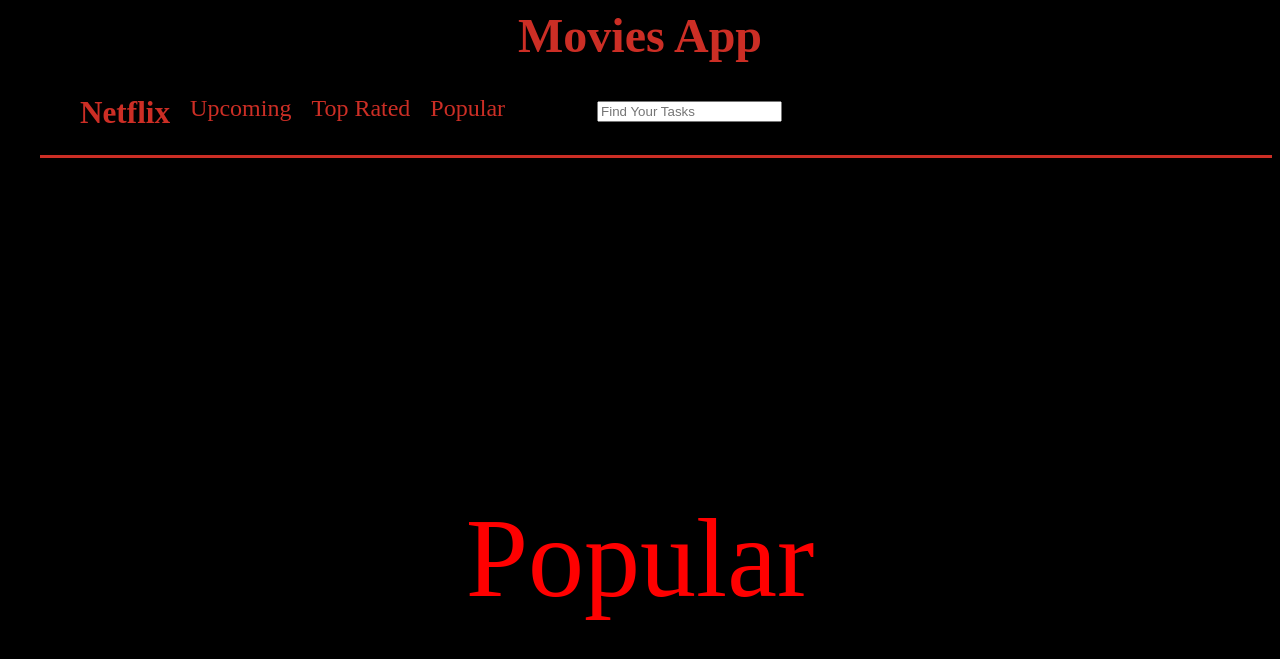
Repository: runner855/movie-app
Page: /popular
These files come from the project's save history. The page is drawn as it stood at one moment and after the next save; the edit follows.
The browser window is 1280 px wide. The pictures show the whole page.
The project was rebuilt for these pictures with package versions that can differ from the ones it lists, and the page was loaded fresh each time. Also part of the build but not shown: src/styles/TopRated.css, src/components/TopRated.tsx, src/styles/Upcoming.css, src/components/Upcoming.tsx.

Above is the page before, as saved 2022-11-16 17:28:30.

### src/index.tsx
import React from "react";
import ReactDOM from "react-dom/client";
import { BrowserRouter } from "react-router-dom";
import "./styles/index.css";
import { App } from "./components/App";

const root = ReactDOM.createRoot(
  document.getElementById("root") as HTMLElement
);
root.render(
  <React.StrictMode>
    <BrowserRouter>
      <App />
    </BrowserRouter>
  </React.StrictMode>
);

### src/styles/index.css
body {
  background-color: #000000;
}

code {
  font-family: source-code-pro, Menlo, Monaco, Consolas, "Courier New",
    monospace;
}

### src/components/App.tsx
import React from "react";
import "../styles/App.css";
import { BrowserRouter as Router, Routes, Route, Link } from "react-router-dom";

import { NavBar } from "../components/NavBar";
import { TopRated } from "../components/TopRated";
import { Upcoming } from "./Upcoming";
import { Popular } from "./Popular";

export const App = () => {
  return (
    <div className="App">
      <div className="title">Movies App</div>

      <NavBar />

      <Routes>
        <Route path="/" element={<Upcoming />} />

        <Route path="/top-rated" element={<TopRated />} />
        <Route path="/popular" element={<Popular />} />
      </Routes>
    </div>
  );
};

### src/styles/App.css
.title {
  color: #cc2e25;
  text-align: center;
  font-weight: bold;
  font-size: 3em;
}

### src/components/NavBar.tsx
import * as React from "react";
import "../styles/NavBar.css";
import { Link } from "react-router-dom";
import { MoviesFilter } from "./MoviesFilter";

export const NavBar = () => {
  return (
    <header className="navbar">
      <nav>
        <ul>
          <li className="logo">Netflix</li>
          <li>
            <Link className="item" to="/">
              Upcoming
            </Link>
          </li>
          <li>
            <Link className="item" to="/top-rated">
              Top Rated
            </Link>
          </li>
          <li>
            <Link className="item" to="/popular">
              Popular
            </Link>
          </li>
          <li>
            <MoviesFilter />
          </li>
        </ul>
      </nav>
    </header>
  );
};

### src/components/Popular.tsx
import * as React from "react";
import "../styles/Popular.css";

export const Popular = () => {
  return <div className="popular_page">Popular</div>;
};

### src/styles/NavBar.css
ul {
  text-align: left;
  list-style: none;
  font-size: 1.5em;
  display: flex;
}
ul li {
  margin-right: 20px;
  color: #cc2e25;
}

a {
  text-decoration: none;
}

a,
a:visited,
a:hover,
a:active {
  color: inherit;
}

.navbar {
  margin: 2em 0em 0em 2em;
}
a:hover {
  border-bottom: solid 3px #cc2e25;
}

.logo {
  font-weight: bold;
  font-size: 1.3em;
}

.navbar {
  border-bottom: #cc2e25 solid 0.2em;
}

### src/components/MoviesFilter.tsx
import * as React from "react";
import "../styles/MoviesFilter.css";

export const MoviesFilter = () => {
  return (
    <div className="movie_search">
      <input
        className="search-input"
        type="search"
        // onChange={(e) => setValue(e.target.value)}
        // value={value}
        placeholder={"Find Your Tasks"}
      />
    </div>
  );
};

### src/styles/Popular.css
.popular_page {
  color: red;
  text-align: center;
  margin-top: 3em;
  font-size: 7em;
}

### src/styles/MoviesFilter.css
.movie_search {
  color: red;
  text-align: center;
  margin-left: 3em;
}

Loaded but not shown: public/index.html (common file)

After the next save:
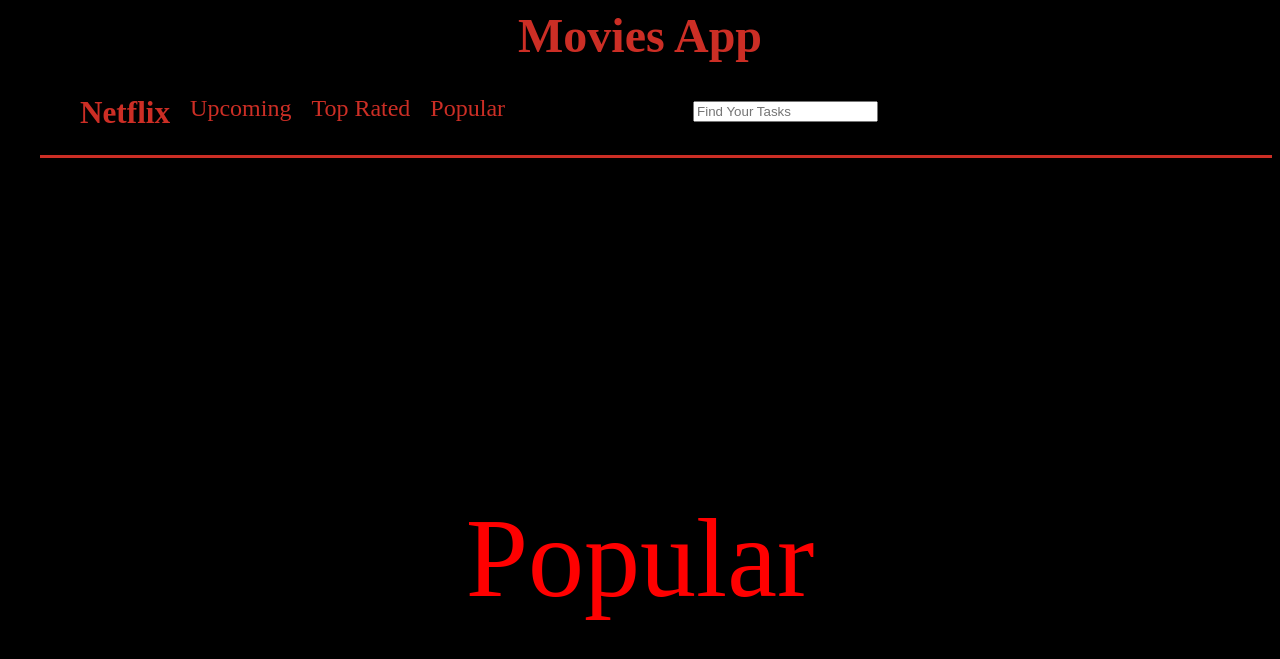
Saved 7 s later.
--- a/src/styles/MoviesFilter.css
+++ b/src/styles/MoviesFilter.css
@@ -1,5 +1,5 @@
 .movie_search {
   color: red;
   text-align: center;
-  margin-left: 3em;
+  margin-left: 7em;
 }
